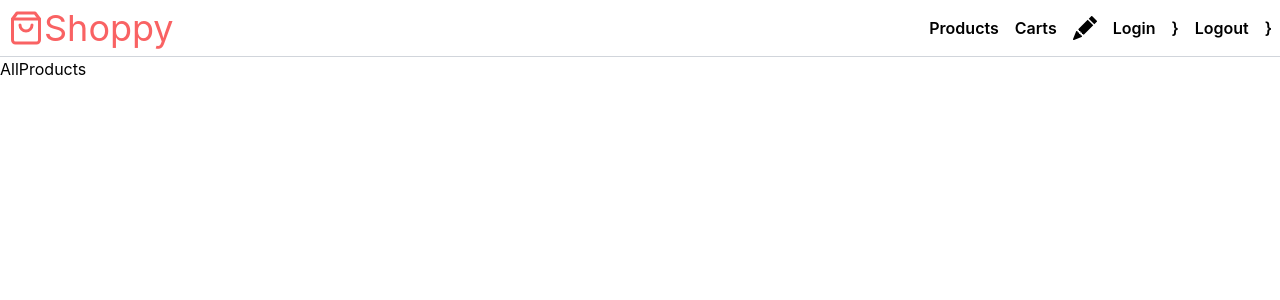
Repository: SeungYn/shoppy
Page: /products
These files come from the project's save history. The page is drawn as it stood at one moment and after a run of saves; the edit follows.
The browser window is 1280 px wide. The pictures show the whole page.
The project was rebuilt for these pictures with package versions that can differ from the ones it lists, and the page was loaded fresh each time. Also part of the build but not shown: src/App.css, src/pages/Home.jsx, src/pages/ProductDetail.jsx, src/pages/MyCart.jsx.

Above is the page before, as saved 2022-11-18 15:20:13.

After the next 2 saves:
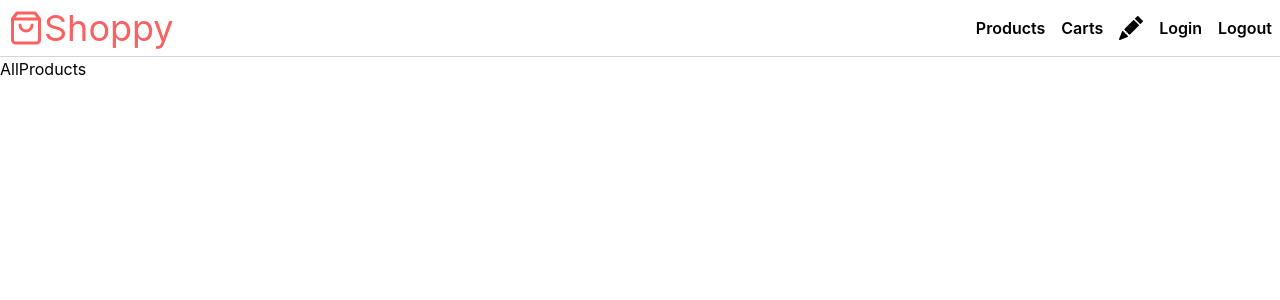
The 2 saves are shown as one change because they came seconds apart.
The last was saved 7 s later.
--- a/src/components/Header.jsx
+++ b/src/components/Header.jsx
@@ -16,7 +16,8 @@
         <Link to='/products/new' className='text-2xl'>
           <BsFillPencilFill />
         </Link>
-        <button>Login</button>}<button>Logout</button>}
+        <button>Login</button>
+        <button>Logout</button>
       </nav>
     </header>
   );
